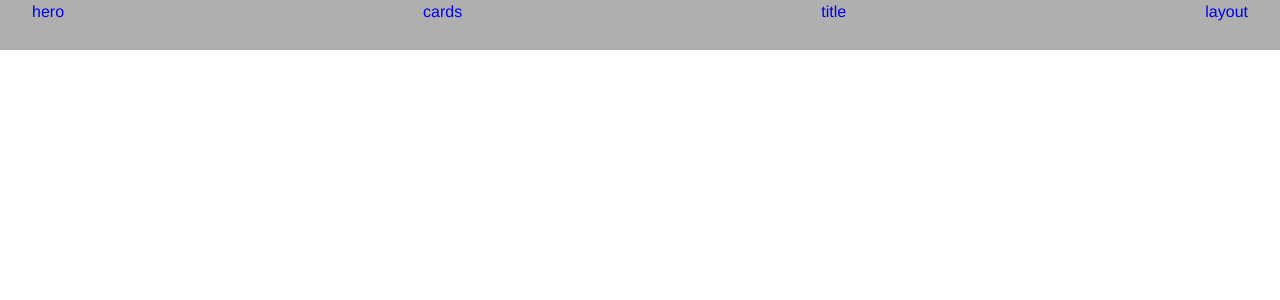
Repository: Ndifoinhilary/css_grid
Page: css-grid-learn/index.html
The author's editor kept a copy of each file at every save. The page is drawn from the files as they stood at one save, then again after the next save.
The browser window is 1280 px wide. The pictures show the whole page.

Above is the page before, as saved 2024-01-28 10:11:34.

After the next save:
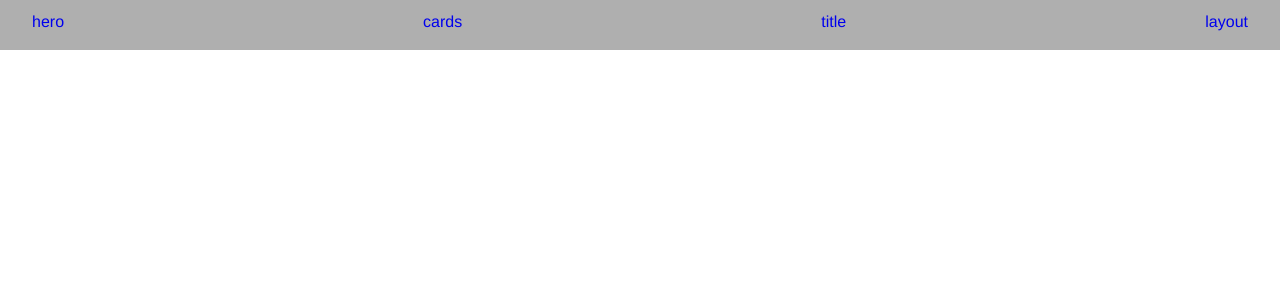
Saved 85 s later.
--- a/css-grid-learn/main.css
+++ b/css-grid-learn/main.css
@@ -106,3 +106,7 @@ navbar css here
     justify-content: space-between;
     flex-wrap: wrap;
  }
+
+ li{
+    margin-top:10px ;
+ }
